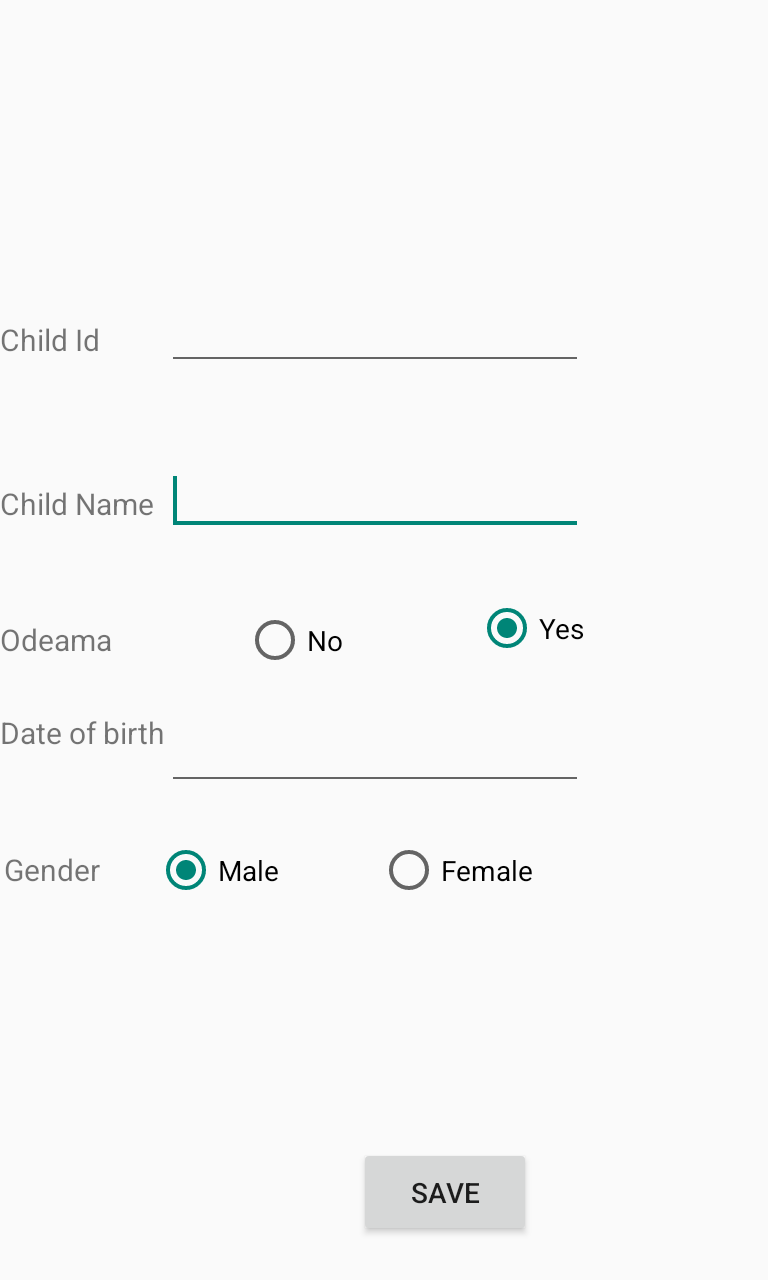
Repository: Team-7/hopeworldwide
Layout: workspace/HopeWWdatabase/res/layout/activity_main.xml
The author's editor kept a copy of each file at every save. The layout is drawn from the files as they stood at one save, then again after the next save.
It is drawn on a 768 x 1280 px phone screen (xhdpi) without system bars, with theme AppTheme; the app's code is not run.

Above is the layout before, as saved 2014-04-10 10:07:34.

After the next save:
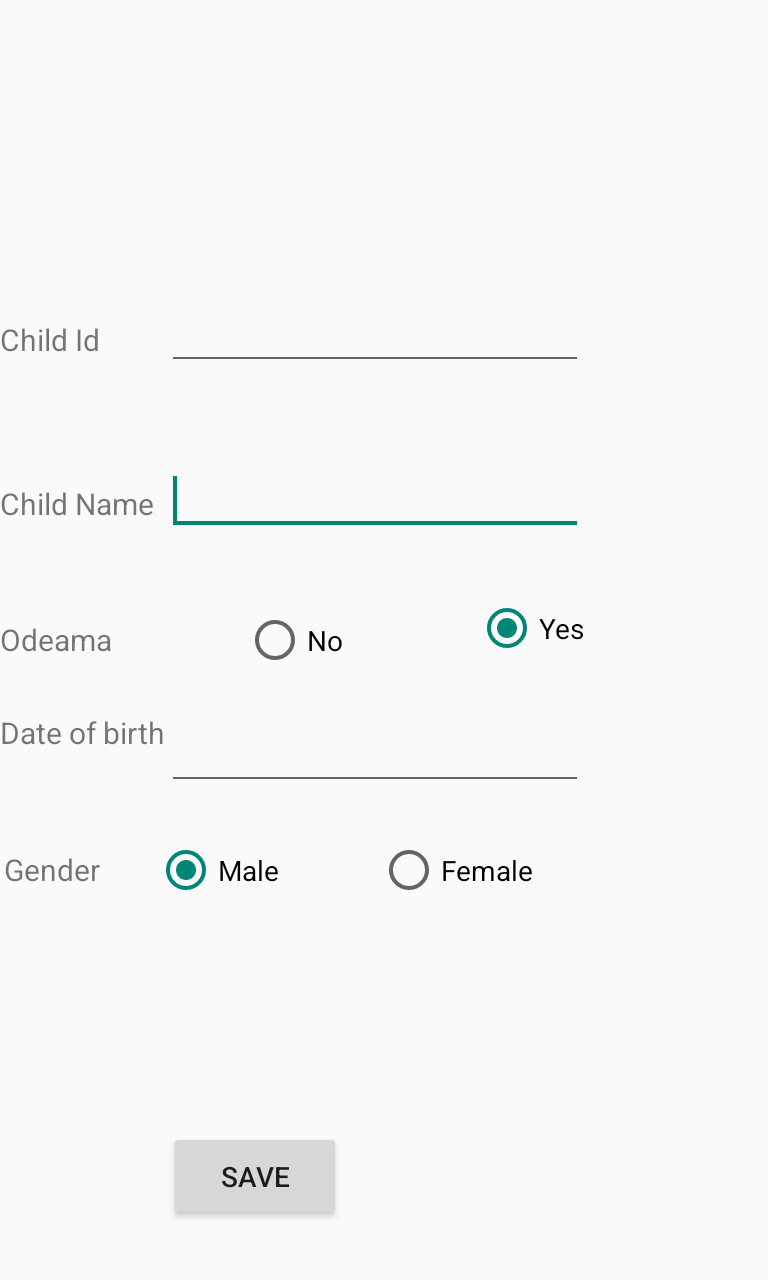
Saved 9 s later.
--- a/workspace/HopeWWdatabase/res/layout/activity_main.xml
+++ b/workspace/HopeWWdatabase/res/layout/activity_main.xml
@@ -119,15 +119,6 @@
 
         </RadioGroup>
 
-        <Button
-            android:id="@+id/button1"
-            android:layout_width="wrap_content"
-            android:layout_height="wrap_content"
-            android:layout_alignParentBottom="true"
-            android:layout_alignRight="@+id/genderFemale"
-            android:layout_marginBottom="20dp"
-            android:text="save" />
-
         <RadioButton
             android:id="@+id/genderMale"
             android:layout_width="wrap_content"
@@ -158,6 +149,15 @@
             android:layout_toLeftOf="@+id/genderFemale"
             android:text="No" />
 
+        <Button
+            android:id="@+id/button1"
+            android:layout_width="wrap_content"
+            android:layout_height="wrap_content"
+            android:layout_alignParentBottom="true"
+            android:layout_alignRight="@+id/odeamNo"
+            android:layout_marginBottom="28dp"
+            android:text="save" />
+
     </RelativeLayout>
 
 </FrameLayout>
